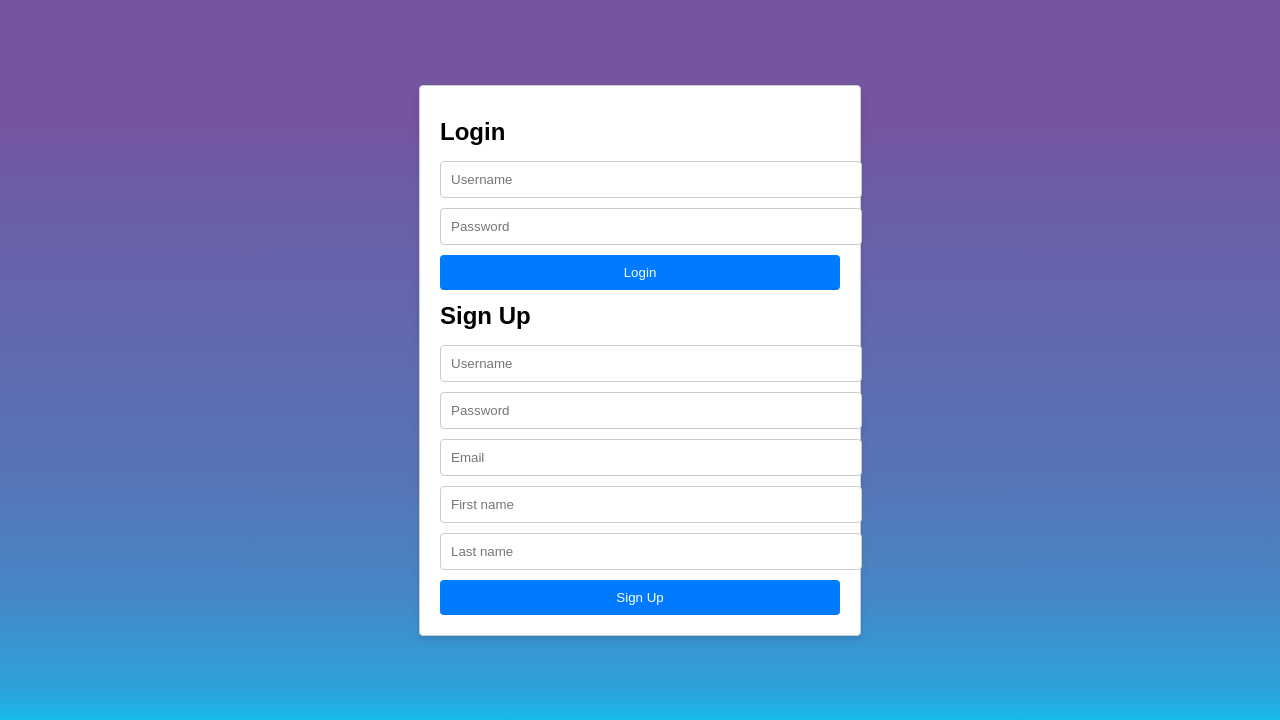
Repository: elqueben/message
Page: / (app in message-app/)
An editor plug-in stored every save of this project. The page is shown before and after a run of saves, followed by the edit.
The browser window is 1280 px wide. The pictures show the whole page.
The project was rebuilt for these pictures with package versions that can differ from the ones it lists, and the page was loaded fresh each time. Also part of the build but not shown: message-app/vite.config.js.

Above is the page before, as saved 2023-05-08 15:30:57.

### message-app/src/style.css
* {
  font-family: Arial;
}
body {
  margin: 0px;
}
.login-page {
  width: 100vw;
  height: 100vh;
  background: linear-gradient(
    180deg,
    rgba(117, 84, 160, 1) 7%,
    rgba(117, 84, 160, 1) 17%,
    rgba(106, 95, 168, 1) 29%,
    rgba(99, 103, 174, 1) 44%,
    rgba(87, 116, 184, 1) 66%,
    rgba(70, 135, 198, 1) 83%,
    rgba(44, 163, 219, 1) 96%,
    rgba(22, 188, 237, 1) 100%,
    rgba(0, 212, 255, 1) 100%
  );
}

/* Add the Bootstrap classes to the login page elements */
.login-page {
  display: flex;
  justify-content: center;
  align-items: center;
  height: 100vh;
}

.card {
  width: 400px;
  padding: 20px;
  border: 1px solid #ccc;
  border-radius: 4px;
  background-color: #fff;
  box-shadow: 0 4px 6px rgba(0, 0, 0, 0.1);
}

.title {
  font-size: 24px;
  font-weight: bold;
  margin-bottom: 15px;
  margin-top: .75rem;
}

input {
  width: 100%;
  padding: 10px;
  margin-bottom: 10px;
  border: 1px solid #ccc;
  border-radius: 4px;
}

button {
  width: 100%;
  padding: 10px;
  background-color: #007bff;
  color: #fff;
  border: none;
  border-radius: 4px;
  cursor: pointer;
}

button:hover {
  background-color: #0056b3;
}

### message-app/src/App.vue
<script setup>
import AuthPage from "./AuthPage/index.vue";
//import ChatsPage from "./ChatsPage/index.vue";
</script>

<template>
  <AuthPage v-if="!user" @onAuth="handleAuth" />
  <ChatsPage
    v-else
    v-bind:username="user.username"
    v-bind:secret="user.secret"
  />
</template>

<script>
export default {
  data() {
    return {
      user: undefined,
    };
  },
  methods: {
    handleAuth(user) {
      this.user = user;
    },
  },
};
</script>

### message-app/src/AuthPage/index.vue
<template>
    <div class="login-page">
      <div class="card">
        <form @submit.prevent="login">
          <div class="title">Login</div>
          <input placeholder="Username" type="text" v-model="username" />
          <input placeholder="Password" type="password" v-model="password" />
          <button type="submit">Login</button>
        </form>

        <form @submit.prevent="signup">
          <div class="title">Sign Up</div>
          <input
            class="input"
            placeholder="Username"
            type="text"
            v-model="username"
          />
          <input placeholder="Password" type="password" v-model="password" />
          <input placeholder="Email" type="text" v-model="email" />
          <input placeholder="First name" type="text" v-model="first_name" />
          <input placeholder="Last name" type="text" v-model="last_name" />
          <button type="submit">Sign Up</button>
        </form>
      </div>
    </div>
  </template>

  <script>
  // import { loginRest, signupRest } from "./api";

  export default {
    data() {
      return {
        username: "",
        password: "",
        email: "",
        first_name: "",
        last_name: "",
      };
    },
    methods: {
      login() {
        // loginRest(this.username, this.password)
        //   .then((response) =>
        //     this.$emit("onAuth", { ...response.data, secret: this.password })
        //   )
        //   .catch((error) => console.log("Login error", error));
      },
      signup() {
        // signupRest(
        //   this.username,
        //   this.password,
        //   this.email,
        //   this.first_name,
        //   this.last_name
        // )
        //   .then((response) =>
        //     this.$emit("onAuth", { ...response.data, secret: this.password })
        //   )
        //   .catch((error) => console.log("Sign up error", error));
      },
    },
  };
  </script>

Loaded but not shown: message-app/index.html (common file); message-app/src/main.js (common file)

After the next 2 saves:
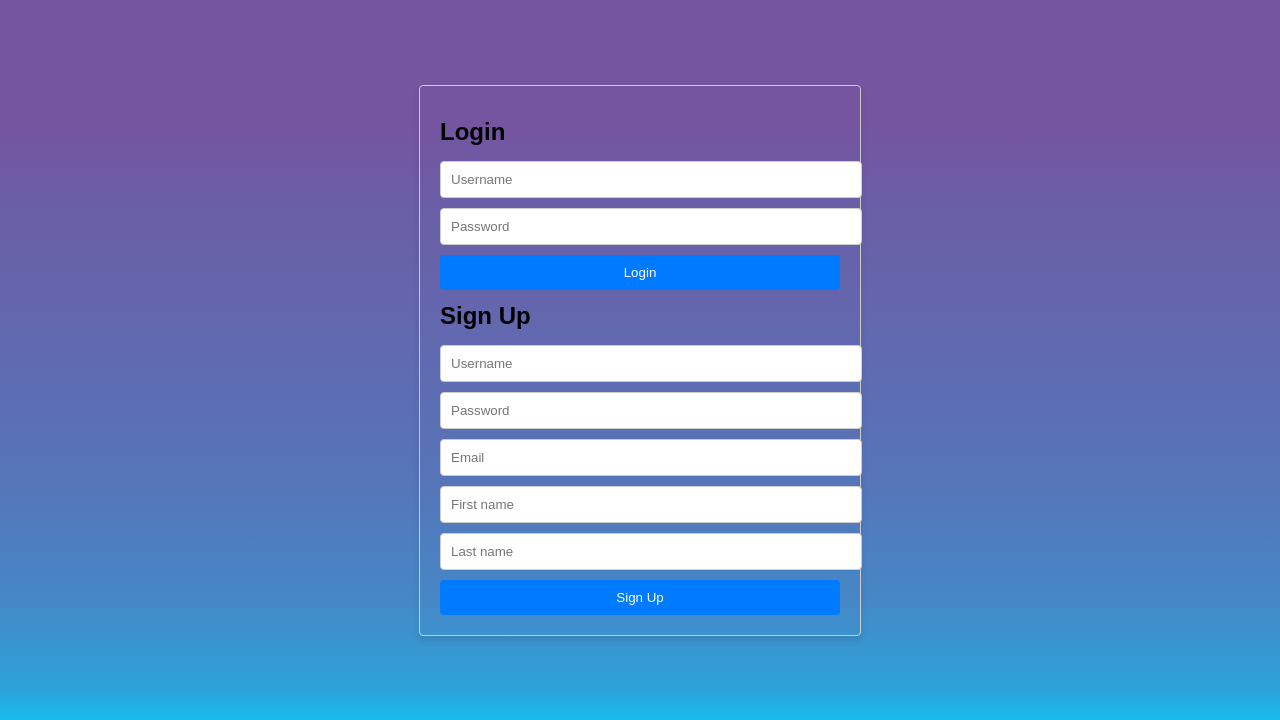
The 2 saves are shown as one change because they came seconds apart.
The last was saved 15 s later.
--- a/message-app/src/style.css
+++ b/message-app/src/style.css
@@ -36,6 +36,7 @@
   border-radius: 4px;
   background-color: #fff;
   box-shadow: 0 4px 6px rgba(0, 0, 0, 0.1);
+  background: none;
 }
 
 .title {

After the 2 saves that followed:
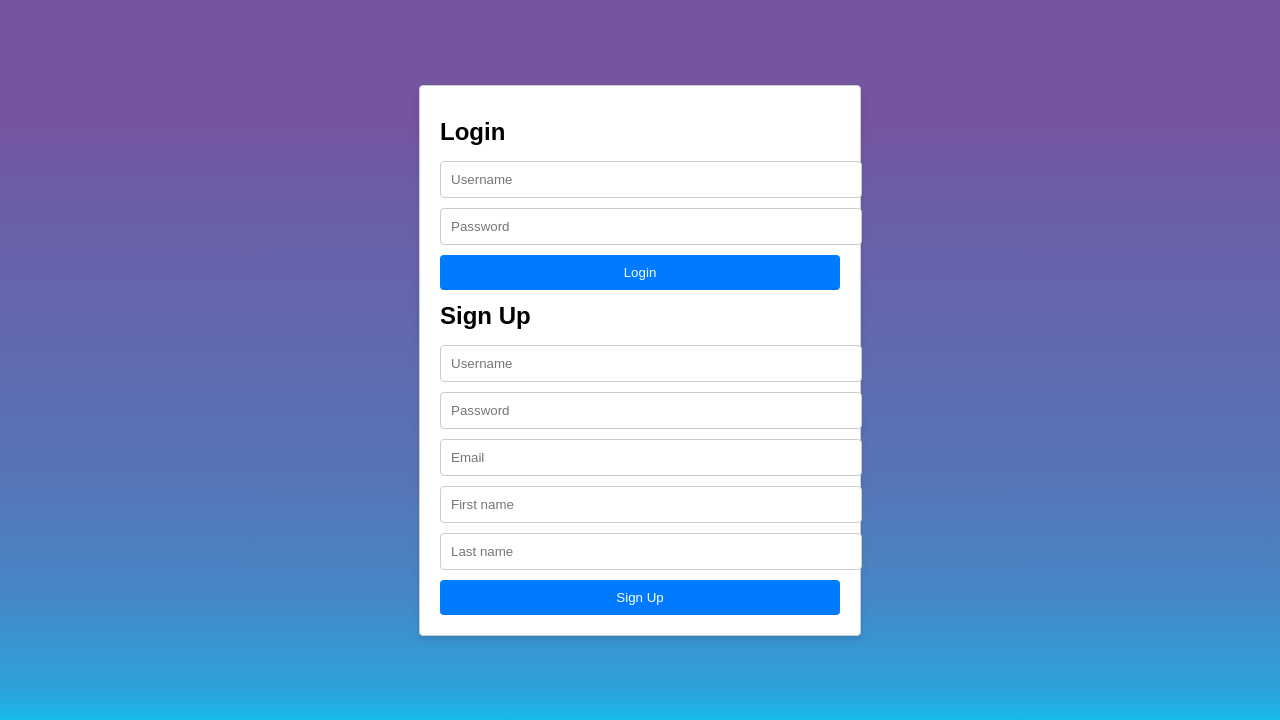
The 2 saves are shown as one change because 1 left the picture as it was.
The last was saved 12 s later.
--- a/message-app/src/style.css
+++ b/message-app/src/style.css
@@ -36,7 +36,6 @@
   border-radius: 4px;
   background-color: #fff;
   box-shadow: 0 4px 6px rgba(0, 0, 0, 0.1);
-  background: none;
 }
 
 .title {
